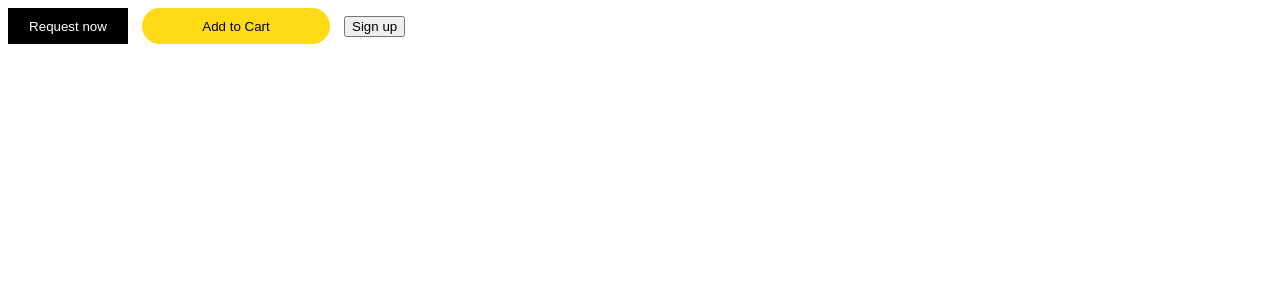
Repository: Kurumilli/Youtube
Page: Exercise3.html
The author's editor kept a copy of each file at every save. The page is drawn from the files as they stood at one save, then again after the next save.
The browser window is 1280 px wide. The pictures show the whole page.

Above is the page before, as saved 2025-01-25 12:16:43.

### Exercise3.html
<html>
    <body>
        <style>
            .uber{
                background-color: black;
                color: white;
                height:36px;
                border: none;
                width: 120px;
                margin-bottom: 100px;
                cursor: pointer;
                margin-right: 10px;
            }
            .uber:hover{
                opacity: 0.7;
            }

            .amazon{
                background-color:rgb(255,218,22) ;
                height: 36px;
                width: 188px;
                border: none;
                border-radius: 18px;
                margin-right: 10px;
                cursor: pointer;
            }

                .amazon:hover{
                    background-color:rgb(255,210,15) ; ;
                }






         </style>
         <button class="uber">
            Request now
        </button>

        <button class="amazon">
            Add to Cart
        </button>

        <button class="github">
             Sign up
            </button>
     </body>
</html>

After the next save:
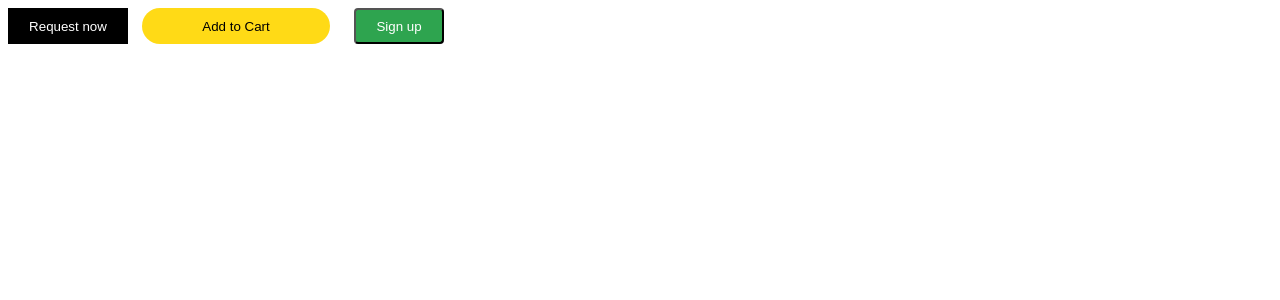
Saved 85 s later.
--- a/Exercise3.html
+++ b/Exercise3.html
@@ -29,7 +29,16 @@
                     background-color:rgb(255,210,15) ; ;
                 }
 
+                .github{
+                    background-color:rgb(46,164,79) ;
+                    color: white;
+                    height: 36px;
+                    width: 90px;
+                    border-radius: 4px;
+                    margin-left: 10px;
+                    cursor: pointer;
 
+                }
 
 
 
